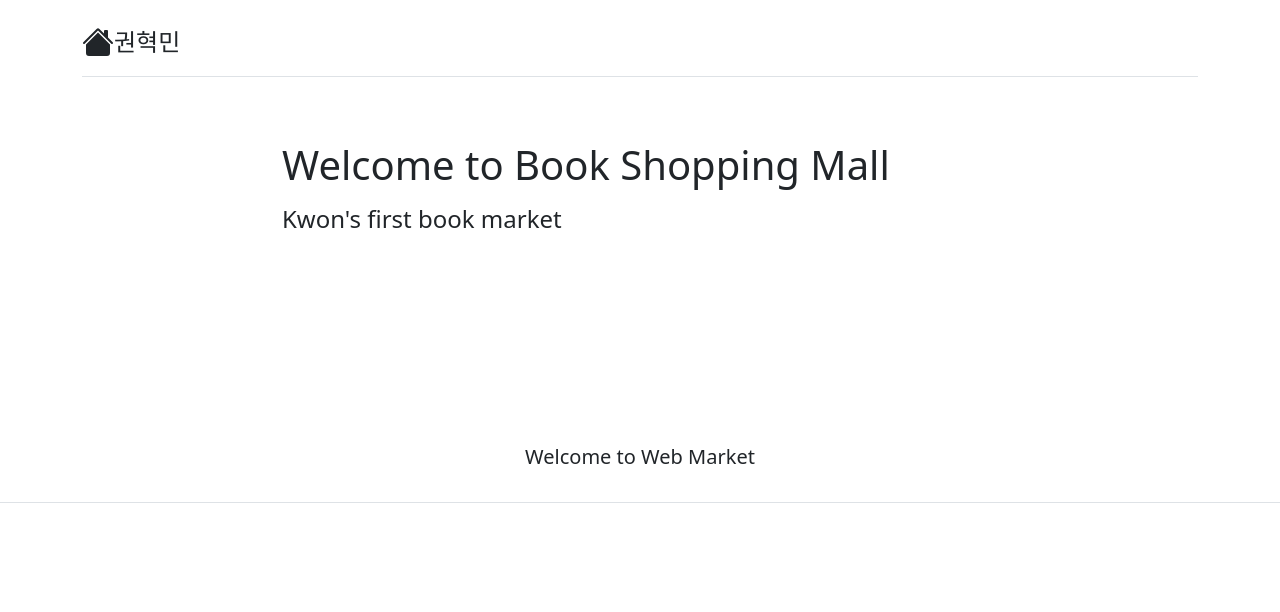
Repository: minn0701/JSP-Webbprogramming
Page: http://localhost/BookMarket/Welcome.jsp
The author's editor kept a copy of each file at every save. The page is drawn from the files as they stood at one save, then again after the next save.
The browser window is 1280 px wide. The pictures show the whole page.
The page is served by Tomcat 9.

Above is the page before, as saved 2024-03-20 13:27:23.

### BookMarket/src/main/webapp/Welcome.jsp
<%@ page language="java" contentType="text/html; charset=EUC-KR"
    pageEncoding="EUC-KR"%>
<!DOCTYPE html>
<html>
<head>
    <link href="https://cdn.jsdelivr.net/npm/bootstrap@5.3.0-alpha1/dist/css/bootstrap.min.css" rel="stylesheet">
	<title>Welcome</title>
</head>
<body>

<%! String greet = "Welcome to Book Shopping Mall";
	String introduce = "Kwon's first book market"; %>

	<style>
		.left {
		padding-left: 200px;
		}
	</style>

<div class="container py-4">
    <header class="pb-3 mb-4 border-bottom"> <%-- 줄 만드는거 --%>
      <a href="./welcome.jsp" class="d-flex align-items-center text-dark text-decoration-none">

      <svg  width="32" height="32" fill="currentColor" class="bi bi-house-fill" viewBox="0 0 16 16">
  			<path d="M8.707 1.5a1 1 0 0 0-1.414 0L.646 8.146a.5.5 0 0 0 .708.708L8 2.207l6.646 6.647a.5.5 0 0 0 .708-.708L13 5.793V2.5a.5.5 0 0 0-.5-.5h-1a.5.5 0 0 0-.5.5v1.293L8.707 1.5Z"/>
  			<path d="m8 3.293 6 6V13.5a1.5 1.5 0 0 1-1.5 1.5h-9A1.5 1.5 0 0 1 2 13.5V9.293l6-6Z"/>
		</svg>   <%-- 집모양 아이콘 --%>

        <span class="fs-4"> 권혁민</span>

        </a>

</div>

<div class="container py-10 mb-50">


      <p><h1 class="left"><%= greet %> </h1><p>
      <h4 class="left"><%= introduce %> </h4>

</div>

<div style="
    padding-top: 200px;
    font-size:20px;
">

<center>Welcome to Web Market</center>


</div>

<div style="margin-top: 30px;"


>
<header class="pb-3 mb-4 border-top">




</div>


</body>
</html>

After the next save:
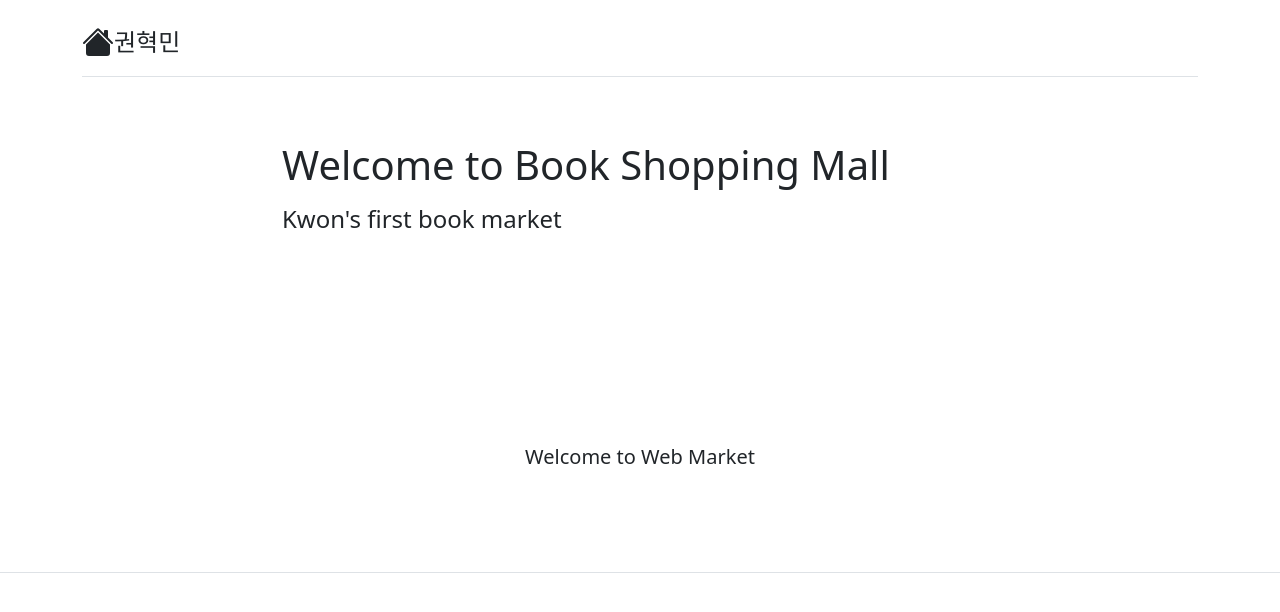
Saved 6 s later.
--- a/BookMarket/src/main/webapp/Welcome.jsp
+++ b/BookMarket/src/main/webapp/Welcome.jsp
@@ -50,7 +50,7 @@
 
 </div>
 
-<div style="margin-top: 30px;"
+<div style="margin-top: 100px;"
 
 
 >
